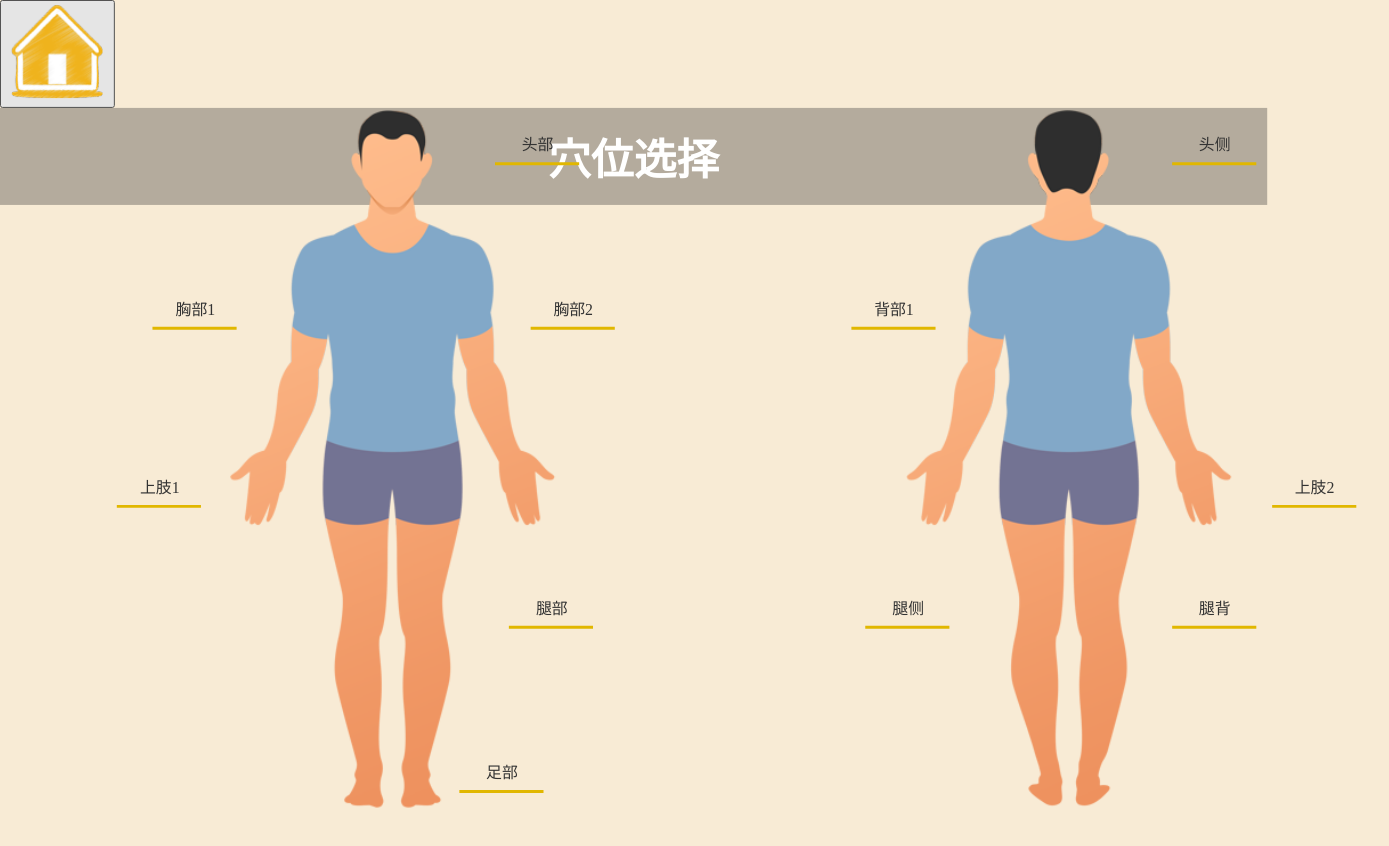
Repository: chjyume/zhongyi
Page: xuewei.html
These files come from the project's save history. The page is drawn as it stood at one moment and after the next save; the edit follows.
The browser window is 1280 px wide. The page is 1403 px wide, so the pictures cover 1403 px, including what lies to the right of the window. The pictures show the whole page, at 99% of full size.

Above is the page before, as saved 2023-09-13 10:56:31.

After the next save:
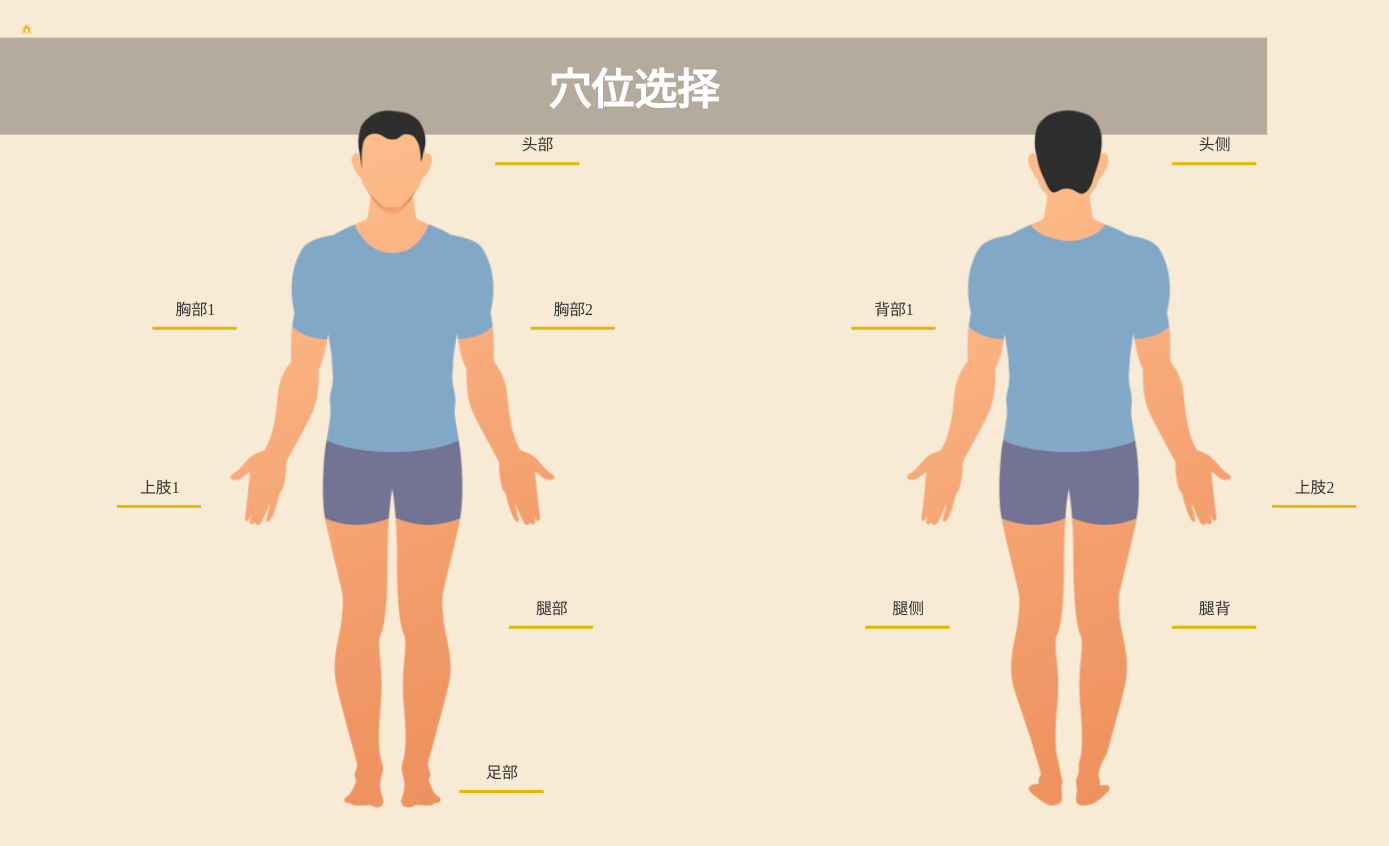
Saved 24 s later.
--- a/xuewei.html
+++ b/xuewei.html
@@ -5,6 +5,7 @@
   <meta charset="utf-8" />
   <title>穴位</title>
   <link rel="stylesheet" type="text/css" href="css/xuewei.css">
+  <link rel="stylesheet" type="text/css" href="css/return.css">
 </head>
 
 <body>
